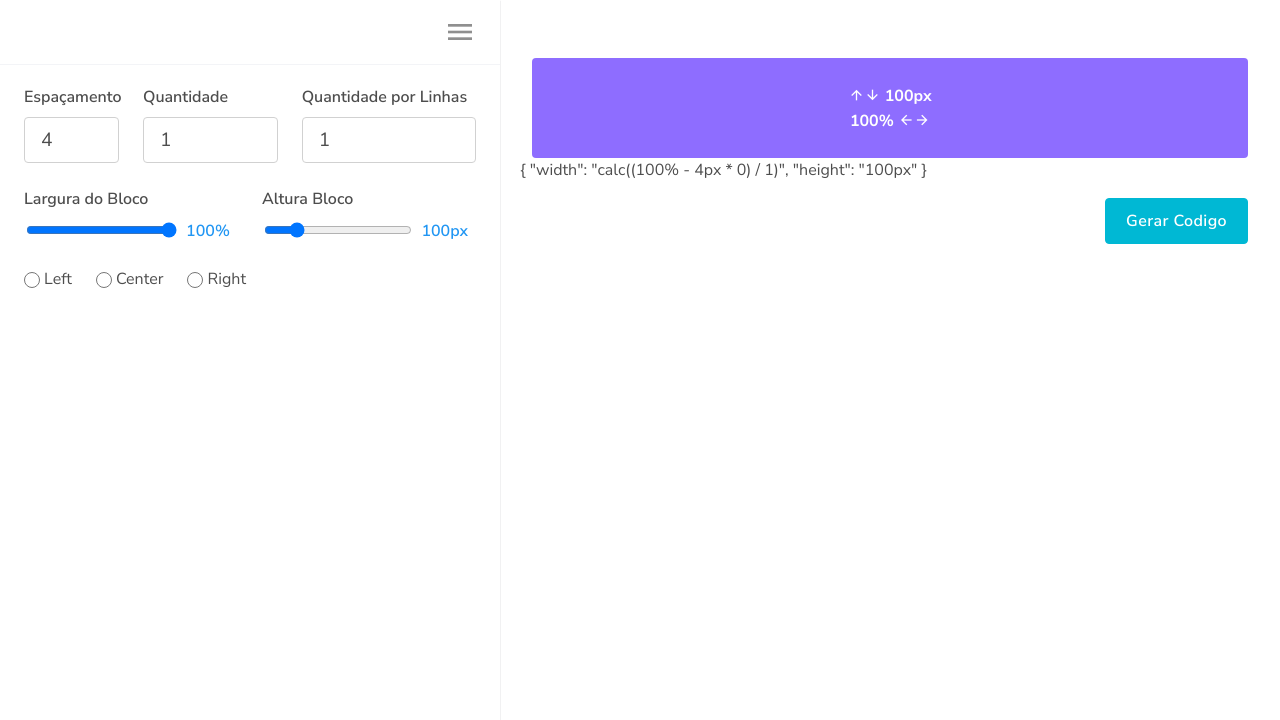
Repository: Flintdl/lowcode-elements
Page: /
An editor plug-in stored every save of this project. The page is shown before and after the next save, followed by the edit.
The browser window is 1280 px wide. The pictures show the whole page.
The project was rebuilt for these pictures with package versions that can differ from the ones it lists, and the page was loaded fresh each time. Also part of the build but not shown: vue.config.js.

Above is the page before, as saved 2022-04-05 09:56:38.

After the next save:
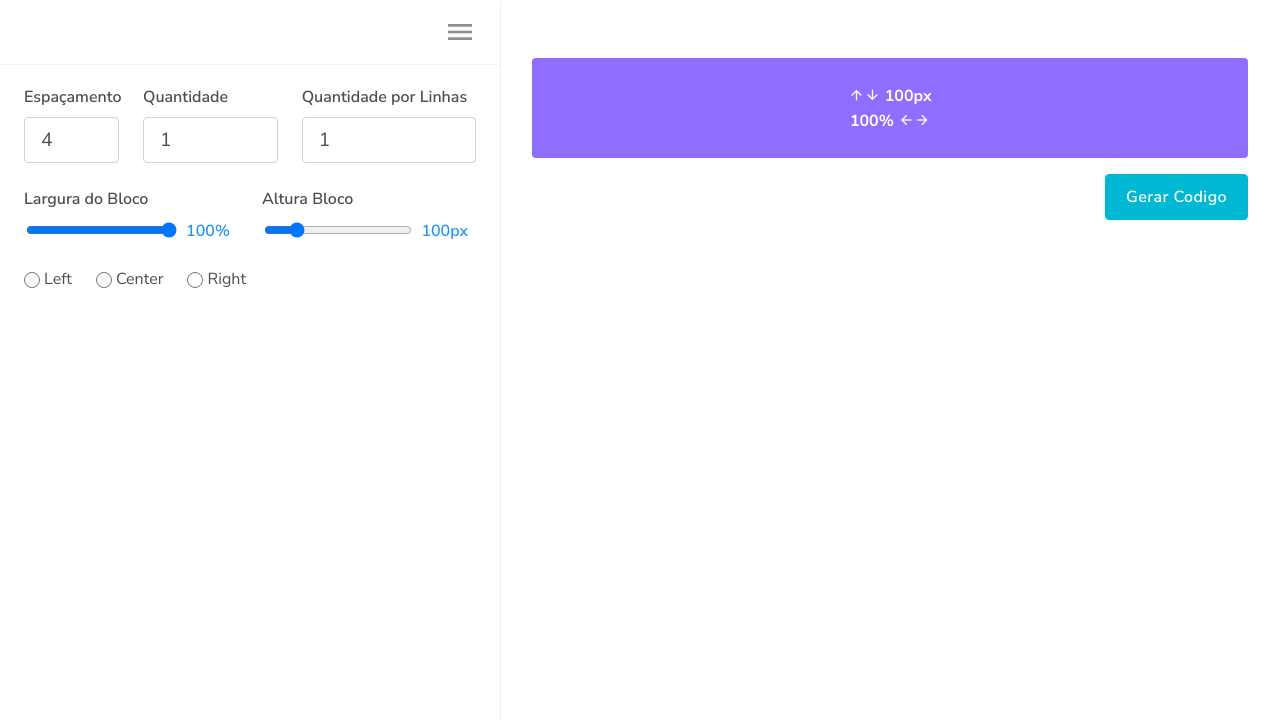
Saved 38 s later.
--- a/src/views/HomeView.vue
+++ b/src/views/HomeView.vue
@@ -34,7 +34,6 @@
           </div>
         </div>
       </div>
-      {{ cssProps }}
       <div class="sf-col-12 sf-mt-3 sf-display-flex sf-justify-content-end">
         <button class="sf-btn sf-btn-primary" @click="gerarCodigo">
           Gerar Codigo
